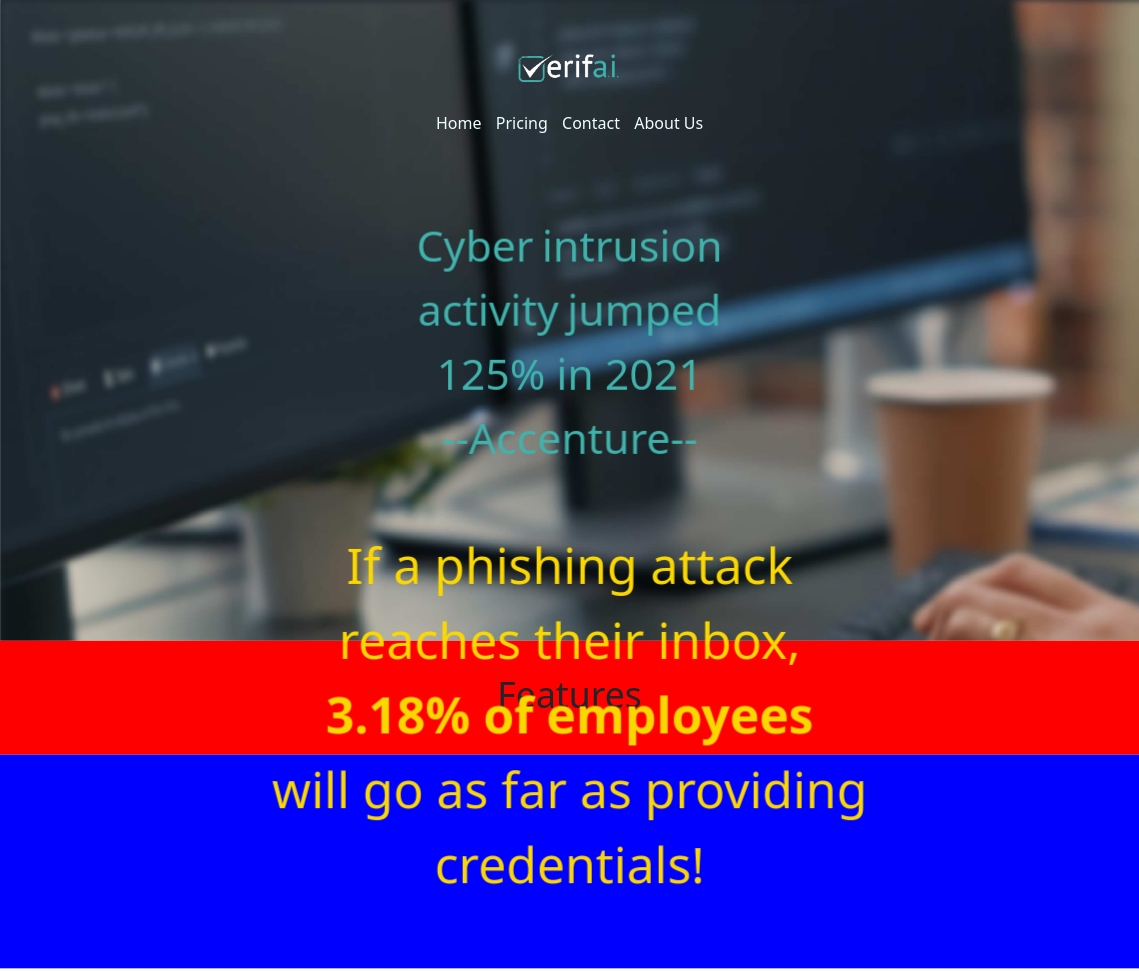
Repository: Ali-VB/verif-website
Page: /
An editor plug-in stored every save of this project. The page is shown before and after the next save, followed by the edit.
The browser window is 1280 px wide. The pictures show the whole page, at 89% of full size.
The project was rebuilt for these pictures with package versions that can differ from the ones it lists, and the page was loaded fresh each time.

Above is the page before, as saved 2022-04-19 10:03:33.

### src/index.css
 body {
  margin: 0;
  padding: 0;
  font-family: -apple-system, BlinkMacSystemFont, 'Segoe UI', 'Roboto', 'Oxygen',
    'Ubuntu', 'Cantarell', 'Fira Sans', 'Droid Sans', 'Helvetica Neue',
    sans-serif;
  -webkit-font-smoothing: antialiased;
  -moz-osx-font-smoothing: grayscale;
}

/* code {
  font-family: source-code-pro, Menlo, Monaco, Consolas, 'Courier New',
    monospace;
}  */

### src/App.js
import React from "react";
import './App.css'
import Navbar from './components/Navbar/Navbar';
import Features from './components/Features/Features'
import Header from './components/Header/Header'


function App() {
  return (
    <div>
      <div className="nav-bg">
        <Navbar />
        <Header />

      </div>
       <Features />
    </div>

  );
}

export default App;

### src/App.css

.nav-bg{
    background-image: url("./Assets/imgs/nav-bg.png");
    height: 100vh;
}

### src/components/Navbar/Navbar.jsx
import React from "react";
import "./Navbar.css";
import verifLogo from "../../Assets/imgs/logo_verif_white.png";
import Header from "../Header/Header";

function Navbar() {
  return (
    <div className="container">
      <div className=" navbar">
        <img className="verif-logo" src={verifLogo} alt="verif-logo" />
        <ul className="navLink">
          <li>Home</li>
          <li>Pricing</li>
          <li>Contact</li>
          <li>About Us</li>
        </ul>
      </div>
    </div>
  );
}

export default Navbar;

### src/components/Features/Features.jsx
import React from 'react'
import './Features.css'
const Features = () => {
  return (
    <div>
      <div className="features-title-section">
        <h1 className="features-title">Features</h1>
      </div>
      <div className="features-section">

      </div>
    </div>
  )
}

export default Features

### src/components/Header/Header.jsx
import React from "react";
import "./Header.css";

export default function Header() {
  return (
    <div className="header-animated">
      <div className="text-first">
        <span className="text-first-span">Cyber</span>
        <span className="text-first-span">intrusion</span>
        <span className="text-first-span">activity</span>
        <span className="text-first-span">jumped</span>
        <span className="text-first-span">125% in 2021</span>
        <span className="text-first-span">--Accenture--</span>
      </div>
      <div className="text-second">
        <span className="text-second-span">If a phishing attack reaches their inbox,</span>
        <span className="text-second-span">3.18% of employees</span>
        <span className="text-second-span">
          will go as far as providing credentials!
        </span>
      </div>
    </div>
  );
}

### src/components/Navbar/Navbar.css

.navbar{
    display: flex;
    flex-direction: column;
    justify-content: center;
    height:10rem;
}
.verif-logo{
    width: 8rem;
    margin-top: 3rem;
}
.verif-logo:hover{
    cursor: pointer;
}
.navLink{
    margin: 0;
    padding:0;
    list-style-type: none;
    display: flex;
    color: azure;
    font-size: 18px;
    gap: 1rem;

}
.navLink:hover{
    cursor: pointer;
}

### src/components/Features/Features.css
.features-title-section{
    height: 8rem;
    background-color: red;
    display: flex;
    justify-content: center;
    align-items: center;
}
.features-title{

}
.features-section{
    height: 15rem;
    background-color: blue;
}

### src/components/Header/Header.css
.header-animated{
    overflow-wrap:break-word;
    margin:0 auto;
    padding: 3rem 5rem;
}

.text-first {
    padding: 2rem 2rem;
    color: #40B3AC;
    font-size:3rem;
    width: 40%;
    margin: 0 auto;
    text-align: center;
    transform: scale(0.94);
    animation: scale 2s forwards cubic-bezier(0.5, 1, 0.89, 1);
  }
.text-second {
    padding: 2rem 2rem;
    color: #FAD700;
    font-size:3.5rem;
    width: 70%;
    margin: 0 auto;
    text-align: center;
    transform: scale(0.94);
    animation: scale 3s forwards cubic-bezier(0.5, 1, 0.89, 1);
  }
  @keyframes scale {
    100% {
      transform: scale(1);
    }
  }

  .text-first-span {
    display: inline-block;
    opacity: 0;
    filter: blur(4px);
  }

  .text-first-span:nth-child(1) {
    animation: fade-in 1s 0.1s forwards cubic-bezier(0.11, 0, 0.5, 0);
    margin: 0 0.3rem;
  }

  .text-first-span:nth-child(2) {
    animation: fade-in 1s 0.3s forwards cubic-bezier(0.11, 0, 0.5, 0);
    margin: 0 0.3rem;
  }

  .text-first-span:nth-child(3) {
    animation: fade-in 1s 0.5s forwards cubic-bezier(0.11, 0, 0.5, 0);
    margin: 0 0.3rem;
  }

  .text-first-span:nth-child(4) {
    animation: fade-in 1s 0.7s forwards cubic-bezier(0.11, 0, 0.5, 0);
    margin: 0 0.3rem;
  }

  .text-first-span:nth-child(5) {
    animation: fade-in 1s 0.9s forwards cubic-bezier(0.11, 0, 0.5, 0);
    margin: 0 0.3rem;
  }
  .text-first-span:nth-child(6) {
    animation: fade-in 1s 0.9s forwards cubic-bezier(0.11, 0, 0.5, 0);
    margin: 0 0.3rem;
  }

  .text-second-span {
    display: inline-block;
    opacity: 0;
    filter: blur(4px);
  }

  .text-second-span:nth-child(1) {
    animation: fade-in 1.2s 2.2s forwards cubic-bezier(0.11, 0, 0.5, 0);
    margin: 0 0.3rem;
  }

  .text-second-span:nth-child(2) {
    animation: fade-in 1.8s 2.6s forwards cubic-bezier(0.11, 0, 0.5, 0);
    margin: 0 0.3rem;
    font-weight: bolder;
  }

  .text-second-span:nth-child(3) {
    animation: fade-in 1.2s 3.6s forwards cubic-bezier(0.11, 0, 0.5, 0);
    margin: 0 0.3rem;
  }


  @keyframes fade-in {
    100% {
      opacity: 1;
      filter: blur(0);
    }
  }

  @media only screen and (max-width: 992px) {
    .text-first {
        margin-top: 3rem;
        margin-bottom: 2rem;
        padding: 0.1rem 0.1rem;
        width: 90%;
        font-size:3.5rem;


      }
      .text-second {
        padding: 0.1rem 0.1rem;
        width: 90%;
        font-size:4rem;

      }
  }

  @media only screen and (max-width: 768px) {
    .text-first {
        margin-top: 4.5rem;
        margin-bottom: 3rem;
        padding: 0.1rem 0.1rem;
        width: 90%;
        font-size:1.5rem;


      }
    .text-second {
        padding: 0.1rem 0.1rem;
        width: 90%;
        font-size:2.1rem;

      }
  }

Loaded but not shown: public/index.html (common file); src/index.js (common file); src/reportWebVitals.js (common file)

After the next save:
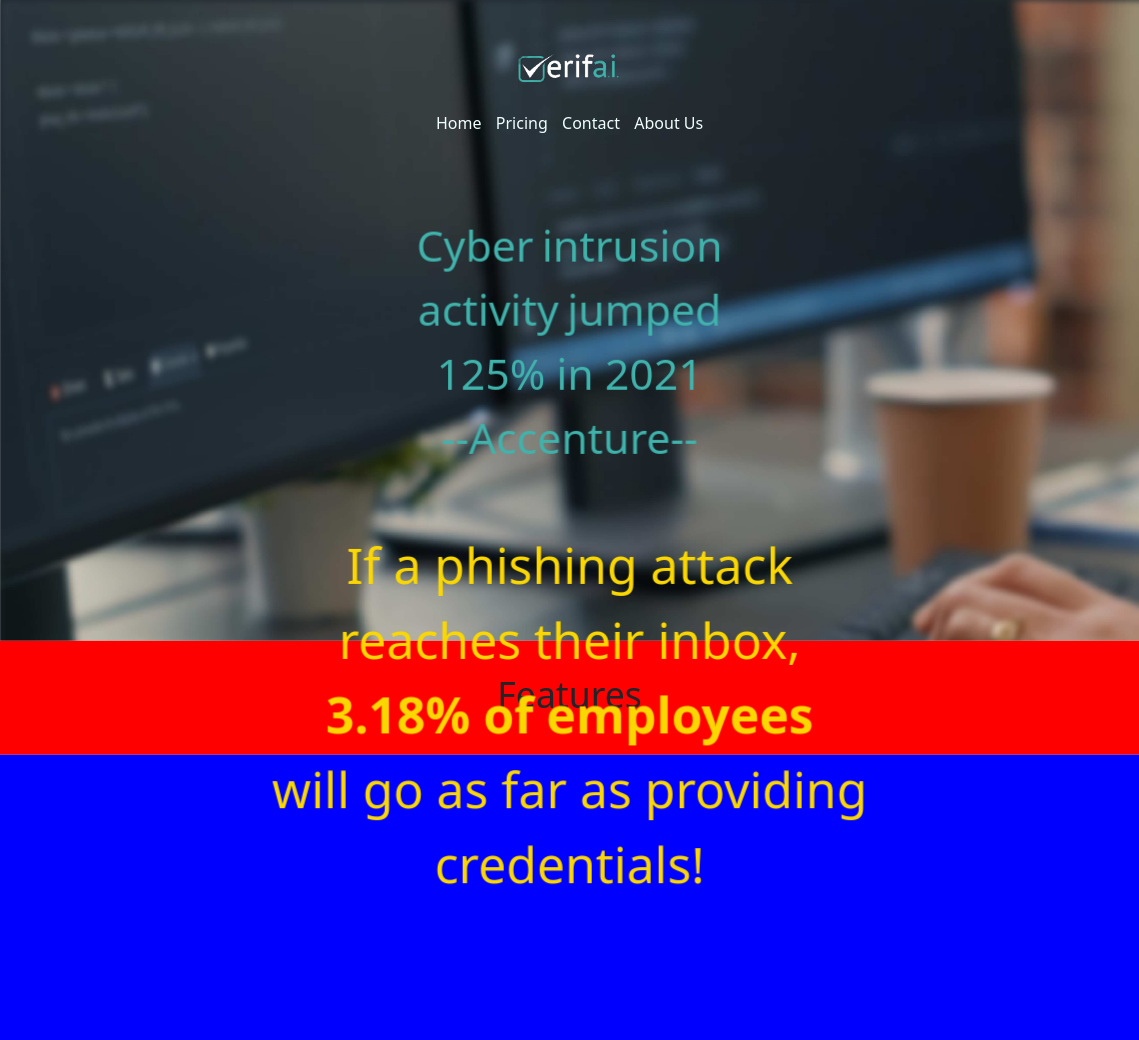
Saved 8 s later.
--- a/src/components/Features/Features.css
+++ b/src/components/Features/Features.css
@@ -9,6 +9,6 @@
 
 }
 .features-section{
-    height: 15rem;
+    height: 20rem;
     background-color: blue;
 }
